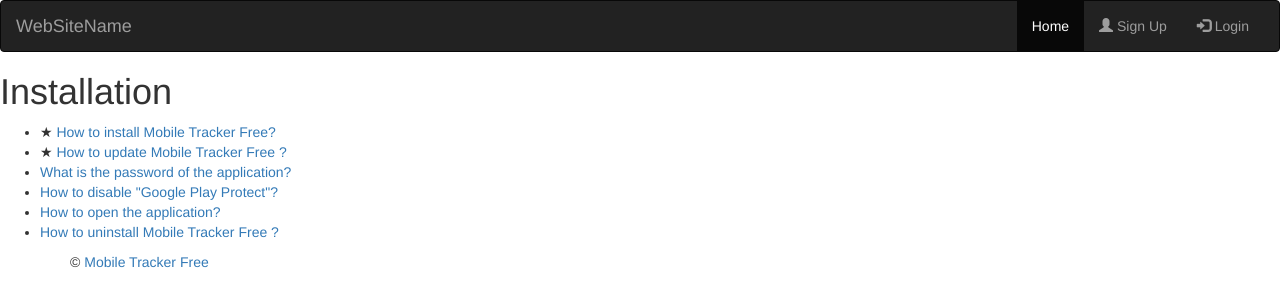
Repository: prathmeshgodbole/Web_Development
Page: Mobile_tracker/Installation.html
These files come from the project's save history. The page is drawn as it stood at one moment and after the next save; the edit follows.
The browser window is 1280 px wide. The pictures show the whole page.

Above is the page before, as saved 2020-03-08 17:31:44.

### Mobile_tracker/Installation.html
<!DOCTYPE html>
<html lang="en">

<head>
    <title>Bootstrap Example</title>
    <meta charset="utf-8">
    <meta name="viewport" content="width=device-width, initial-scale=1">
    <link rel="stylesheet" href="https://maxcdn.bootstrapcdn.com/bootstrap/3.4.1/css/bootstrap.min.css">
    <script src="https://ajax.googleapis.com/ajax/libs/jquery/3.4.1/jquery.min.js"></script>
    <script src="https://maxcdn.bootstrapcdn.com/bootstrap/3.4.1/js/bootstrap.min.js"></script>
</head>

<body>

    <nav class="navbar navbar-inverse">
        <div class="container-fluid">
            <div class="navbar-header">
                <button type="button" class="navbar-toggle" data-toggle="collapse" data-target="#myNavbar">
        <span class="icon-bar"></span>
        <span class="icon-bar"></span>
        <span class="icon-bar"></span>
      </button>
                <a class="navbar-brand" href="#">WebSiteName</a>
            </div>
            <div class="collapse navbar-collapse" id="myNavbar">

                <ul class="nav navbar-nav navbar-right">
                    <li class="active"><a href="#">Home</a></li>
                    <li><a href="#"><span class="glyphicon glyphicon-user"></span> Sign Up</a></li>
                    <li><a href="#"><span class="glyphicon glyphicon-log-in"></span> Login</a></li>
                </ul>
            </div>
        </div>
    </nav>




    <div class="section-header">
        <h1 class="section-title">Installation</h1>
    </div>



    <p class="section-description"></p>


    <ul class="article-list">

        <li class="article-promoted">

            <span data-title="Promoted article">★</span>

            <a href="/hc/en-us/articles/360003057973-How-to-install-Mobile-Tracker-Free-">How to install Mobile Tracker Free?</a>
        </li>

        <li class="article-promoted">

            <span data-title="Promoted article">★</span>

            <a href="/hc/en-us/articles/360003915213-How-to-update-Mobile-Tracker-Free-">How to update Mobile Tracker Free ?</a>
        </li>

        <li>

            <a href="/hc/en-us/articles/360008174459-What-is-the-password-of-the-application-">What is the password of the application?</a>
        </li>

        <li>

            <a href="/hc/en-us/articles/360005346953-How-to-disable-Google-Play-Protect-">How to disable &quot;Google Play Protect&quot;?</a>
        </li>

        <li>

            <a href="/hc/en-us/articles/360005296374-How-to-open-the-application-">How to open the application?</a>
        </li>

        <li>

            <a href="/hc/en-us/articles/360003110633-How-to-uninstall-Mobile-Tracker-Free-">How to uninstall Mobile Tracker Free ?</a>
        </li>

    </ul>



    </div>
    </main>

    </div>
    <!--/.container-->
    <footer class="footer container">
        <div class="container-inner">
            <p class="copyright">&copy; <a href=https://mobile-tracker-free.com>Mobile Tracker Free</a></p>
        </div>
    </footer>



</body>

</html>

After the next save:
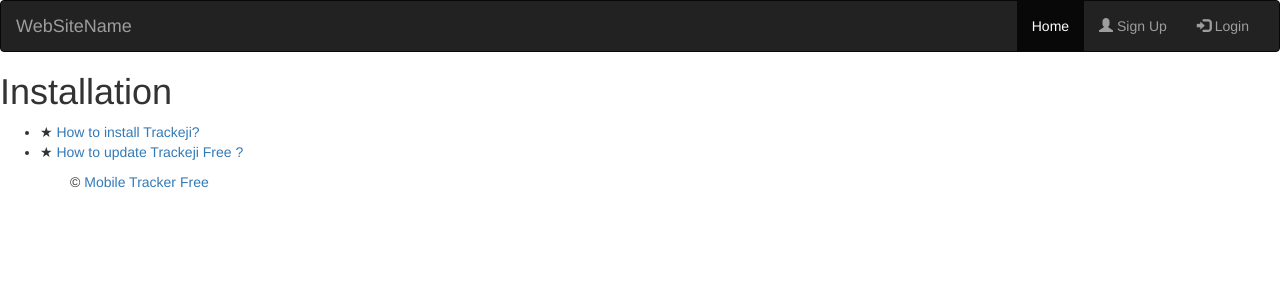
Saved 2 min 37 s later.
--- a/Mobile_tracker/Installation.html
+++ b/Mobile_tracker/Installation.html
@@ -51,34 +51,14 @@
 
             <span data-title="Promoted article">★</span>
 
-            <a href="/hc/en-us/articles/360003057973-How-to-install-Mobile-Tracker-Free-">How to install Mobile Tracker Free?</a>
+            <a href="">How to install Trackeji?</a>
         </li>
 
         <li class="article-promoted">
 
             <span data-title="Promoted article">★</span>
 
-            <a href="/hc/en-us/articles/360003915213-How-to-update-Mobile-Tracker-Free-">How to update Mobile Tracker Free ?</a>
-        </li>
-
-        <li>
-
-            <a href="/hc/en-us/articles/360008174459-What-is-the-password-of-the-application-">What is the password of the application?</a>
-        </li>
-
-        <li>
-
-            <a href="/hc/en-us/articles/360005346953-How-to-disable-Google-Play-Protect-">How to disable &quot;Google Play Protect&quot;?</a>
-        </li>
-
-        <li>
-
-            <a href="/hc/en-us/articles/360005296374-How-to-open-the-application-">How to open the application?</a>
-        </li>
-
-        <li>
-
-            <a href="/hc/en-us/articles/360003110633-How-to-uninstall-Mobile-Tracker-Free-">How to uninstall Mobile Tracker Free ?</a>
+            <a href="">How to update Trackeji Free ?</a>
         </li>
 
     </ul>
